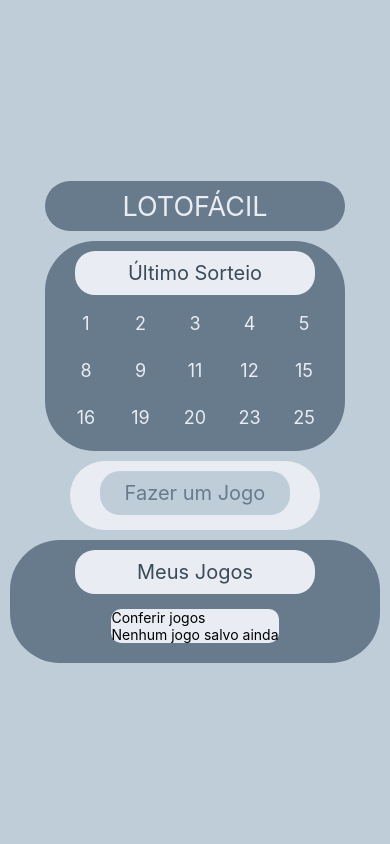
Repository: Deyvid-Kasteh/LotofacilApp
Screen: /
These files come from the project's save history. The screen is drawn as it stood at one moment and after the next save; the edit follows.
The app was drawn by React Native's web renderer in a window 390 px wide. The project was rebuilt for these pictures with package versions that can differ from the ones it lists, and the page was loaded fresh each time. Also part of the build but not shown: Bolhas.js, components/Resultado.js, components/Jogo.js, paginaTESTE.js, paginaTESTE2.js, SeuComponentePai.js, components/ResultadoTexte2.js.

Above is the screen before, as saved 2023-12-02 23:16:52.

After the next save:
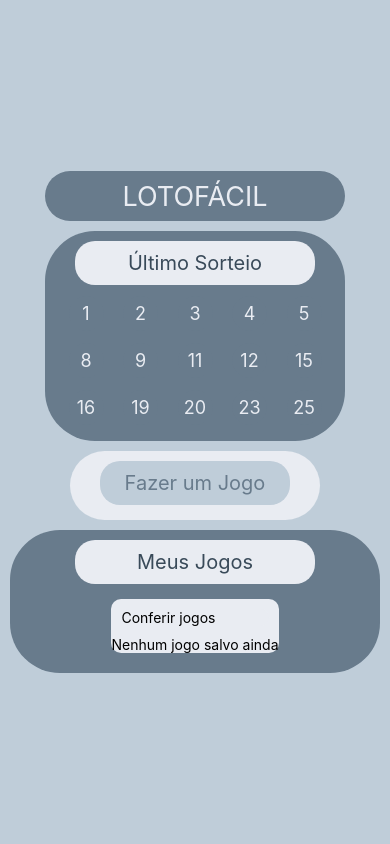
Saved 10 s later.
--- a/components/MostrarJogosSalvos.js
+++ b/components/MostrarJogosSalvos.js
@@ -52,7 +52,13 @@
         backgroundColor: Cores.cor1,
       }}
     >
-      <View>
+      <View
+        style={{
+          borderRadius: 10,
+          margin: 10,
+          backgroundColor: Cores.cor1,
+        }}
+      >
         <Text>Conferir jogos</Text>
       </View>
       {jogosSalvos.length === 0 ? (
